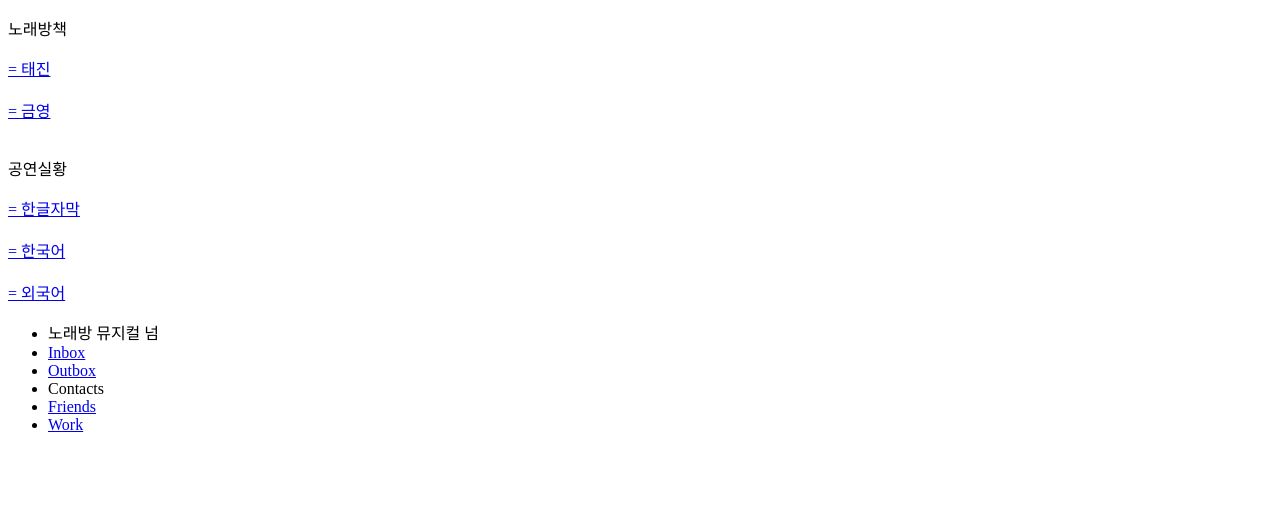
Repository: coriel/ObjectiveC
Page: http://localhost/MusicalTube/WEB-INF/views/menu.jsp
The author's editor kept a copy of each file at every save. The page is drawn from the files as they stood at one save, then again after the next save.
The browser window is 1280 px wide. The pictures show the whole page.
The page is served by Tomcat 9. Nobody is signed in. Other server files are loaded and not shown. The template is opened directly, without the code that normally fills it, so the values that code supplies are empty.

Above is the page before, as saved 2016-02-15 07:07:28.

### Workspace/MusicalTube/src/main/webapp/WEB-INF/views/menu.jsp
<%@ page language="java" contentType="text/html;charset=UTF-8"
    pageEncoding="UTF-8"%>
<!DOCTYPE html PUBLIC "-//W3C//DTD HTML 4.01 Transitional//EN" "http://www.w3.org/TR/html4/loose.dtd">
<html>
<head>
<meta http-equiv="Content-Type" content="text/html; charset=UTF-8">
<title>Insert title here</title>
</head>
<body>
  <div data-role="panel" id="myPanel" width="100px">
    <p>노래방책</p>
	<a href="song_t" blur="none">= 태진</a><br/><br/>
    <a href="song_k">= 금영</a><br/><br/>
    <p>공연실황</p>
    <a href="song_t">= 한글자막</a><br/><br/>
    <a href="song_k">= 한국어</a><br/><br/>
    <a href="song_k">= 외국어</a><br/>

    <ul data-role="listview" data-inset="true" data-divider-theme="a">
	<li data-role="list-divider">노래방 뮤지컬 넘</li>
	<li><a href="#">Inbox</a></li>
	<li><a href="#">Outbox</a></li>
	<li data-role="list-divider">Contacts</li>
	<li><a href="#">Friends</a></li>
	<li><a href="#">Work</a></li>
</ul>
  </div>




</body>
</html>

After the next save:
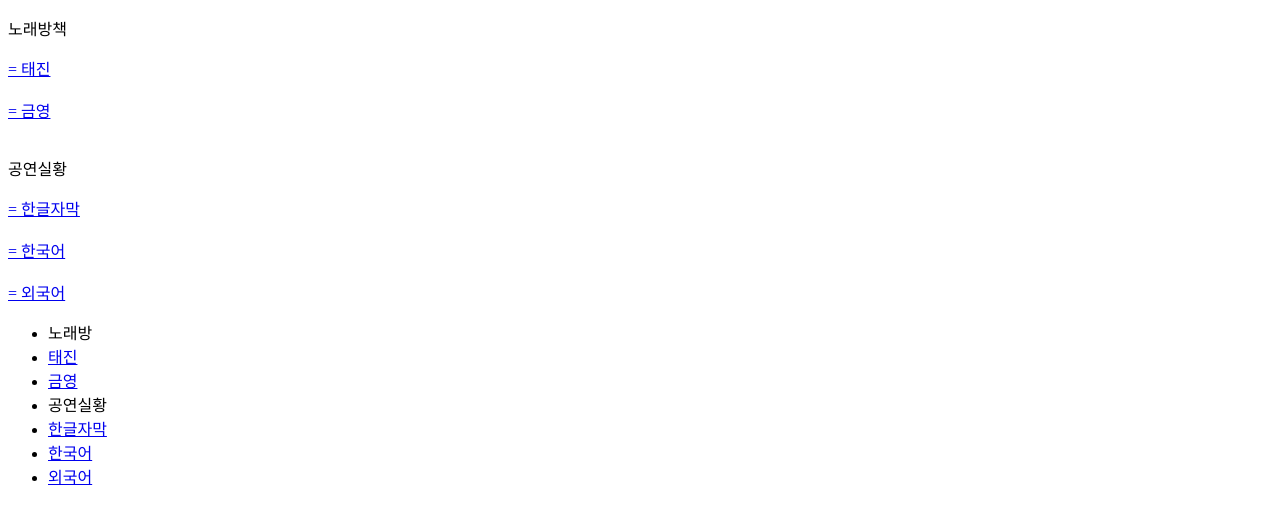
Saved 82 s later.
--- a/Workspace/MusicalTube/src/main/webapp/WEB-INF/views/menu.jsp
+++ b/Workspace/MusicalTube/src/main/webapp/WEB-INF/views/menu.jsp
@@ -17,12 +17,13 @@
     <a href="song_k">= 외국어</a><br/>
 
     <ul data-role="listview" data-inset="true" data-divider-theme="a">
-	<li data-role="list-divider">노래방 뮤지컬 넘</li>
-	<li><a href="#">Inbox</a></li>
-	<li><a href="#">Outbox</a></li>
-	<li data-role="list-divider">Contacts</li>
-	<li><a href="#">Friends</a></li>
-	<li><a href="#">Work</a></li>
+	<li data-role="list-divider">노래방</li>
+	<li><a href="song_t">태진</a></li>
+	<li><a href="song_k">금영</a></li>
+	<li data-role="list-divider">공연실황</li>
+	<li><a href="#">한글자막</a></li>
+	<li><a href="#">한국어</a></li>
+	<li><a href="#">외국어</a></li>
 </ul>
   </div>
 
